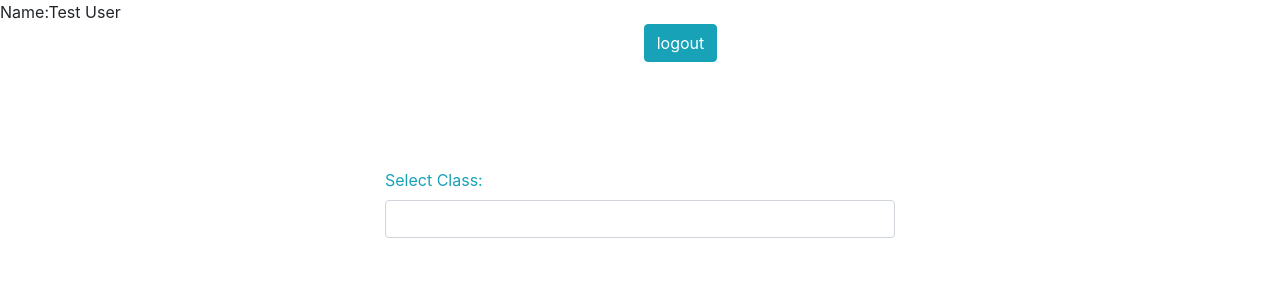
Repository: sindurup/Phase2Project
Page: http://localhost/LearnersAcademyPro/classInfo.jsp
These files come from the project's save history. The page is drawn as it stood at one moment and after the next save; the edit follows.
The browser window is 1280 px wide. The pictures show the whole page.
Some web libraries are served in a nearby version. The page is served by Tomcat 9. The session is filled in as if someone had signed in: {"uname": "Test User", "pw": 1}.

Above is the page before, as saved 2021-09-27 12:33:32.
Console error: TypeError: Cannot read properties of undefined (reading 'fn')

After the next save:
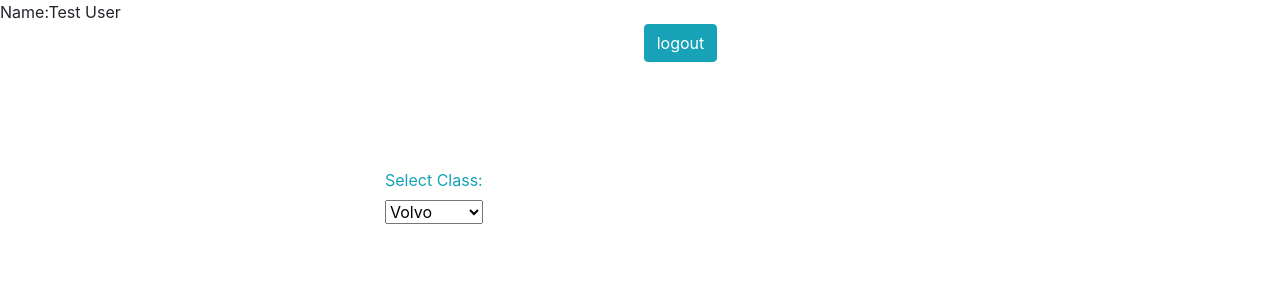
Saved 3 min 16 s later.
--- a/LearnersAcademyPro/src/main/webapp/classInfo.jsp
+++ b/LearnersAcademyPro/src/main/webapp/classInfo.jsp
@@ -42,8 +42,12 @@ out.println("Name:"+session.getAttribute("uname"));
 
                             <div class="form-group">
                              <label for="username" class="text-info">Select Class:</label><br>
-                                <input type="text" name="username" id="username" class="form-control">
-                            </div>
+                               <select name="cars" id="cars">
+  <option value="volvo">Volvo</option>
+  <option value="saab">Saab</option>
+  <option value="mercedes">Mercedes</option>
+  <option value="audi">Audi</option>
+</select>
                             <div class="form-group">
 
                             </div>
